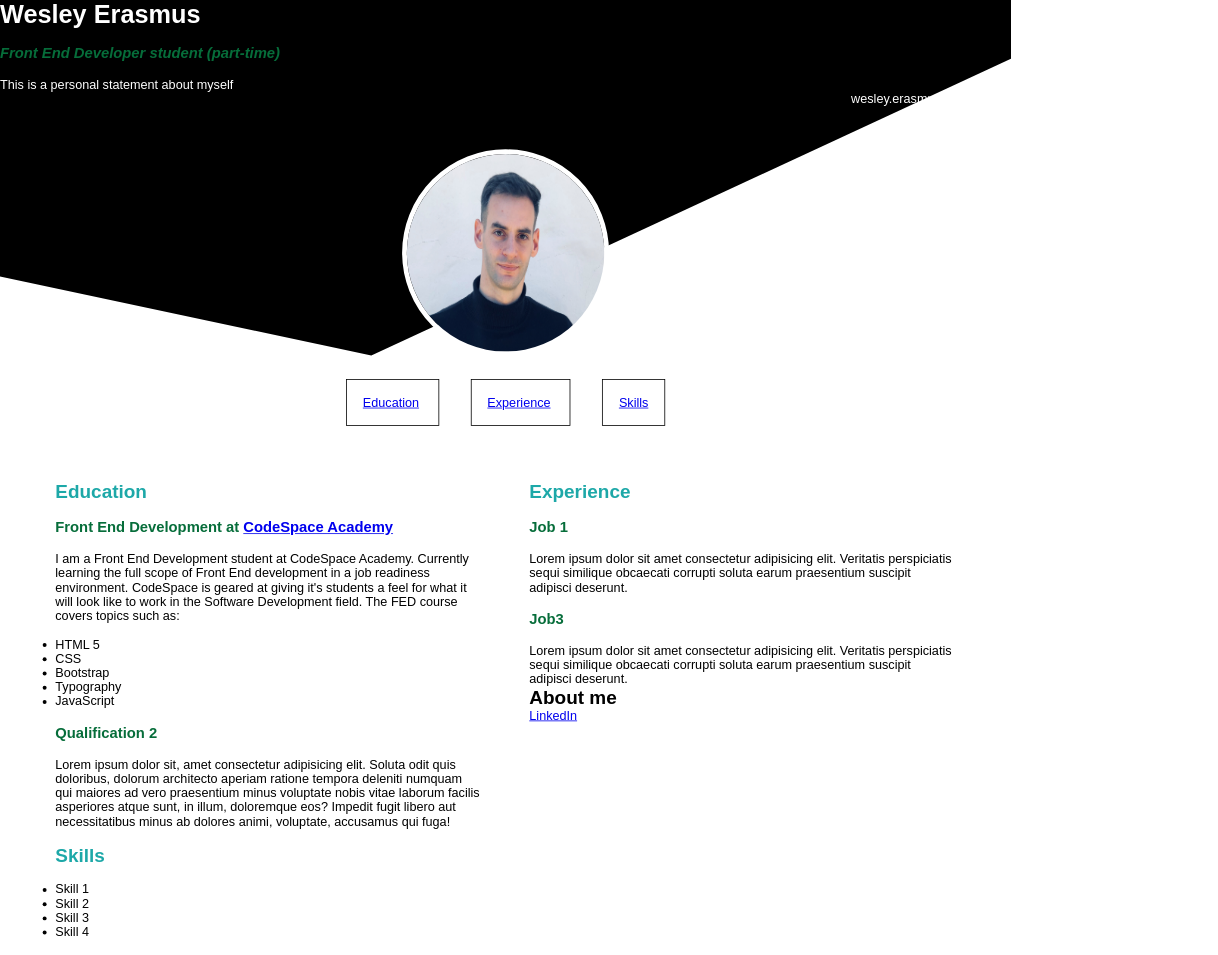
Repository: WesleyErasmus/myDigitalResume
Page: Resume-Projec-3/index.html
An editor plug-in stored every save of this project. The page is shown before and after the next save, followed by the edit.
The browser window is 1280 px wide. The page is 1280 px wide, then 1542 px, so the pictures cover 1542 px, including what lies to the right of the window. The pictures show the whole page, at 79% of full size.

Above is the page before, as saved 2022-02-12 13:41:14.

After the next save:
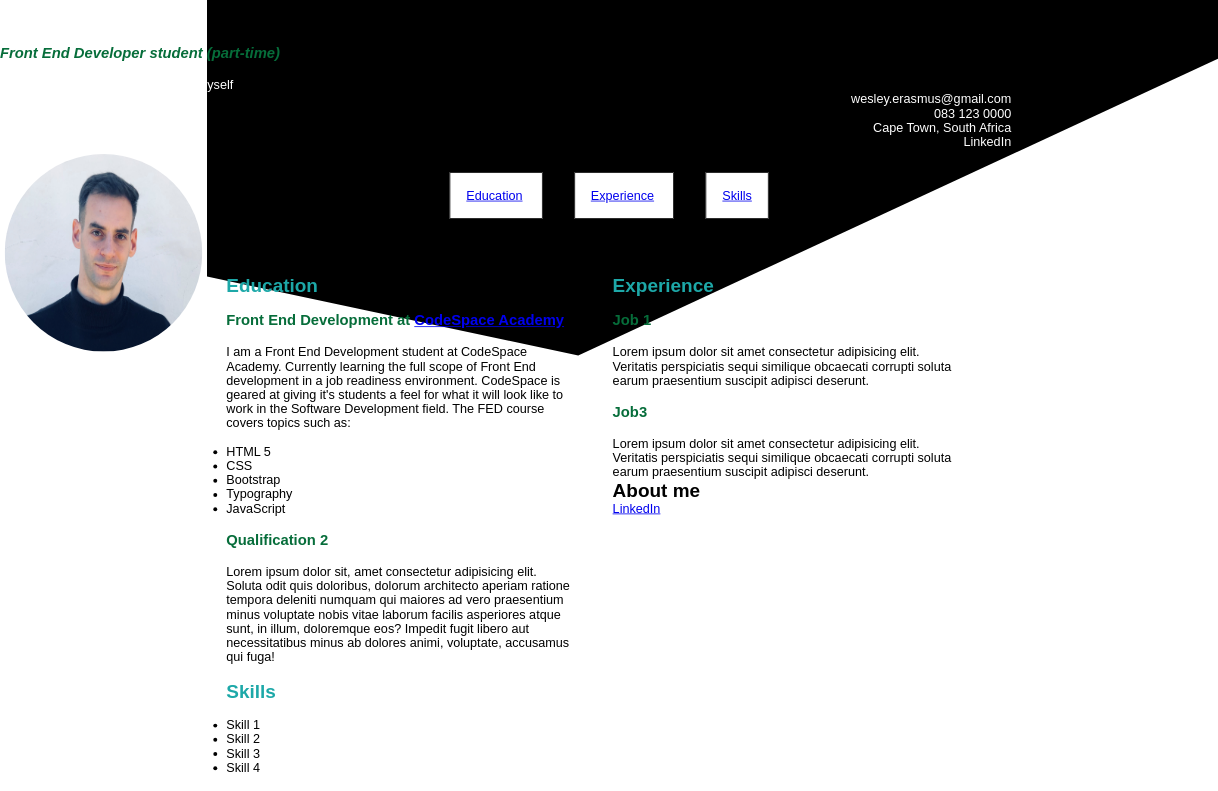
Saved 41 s later.
--- a/Resume-Projec-3/styles.css
+++ b/Resume-Projec-3/styles.css
@@ -17,7 +17,8 @@ h3 {
     text-align: right;
 }
 img {
-    /* find a square profile picture */
+    float: left;
+    left: 300px;
     width: 250px;
     height: 250px;
     border-radius: 50%;
